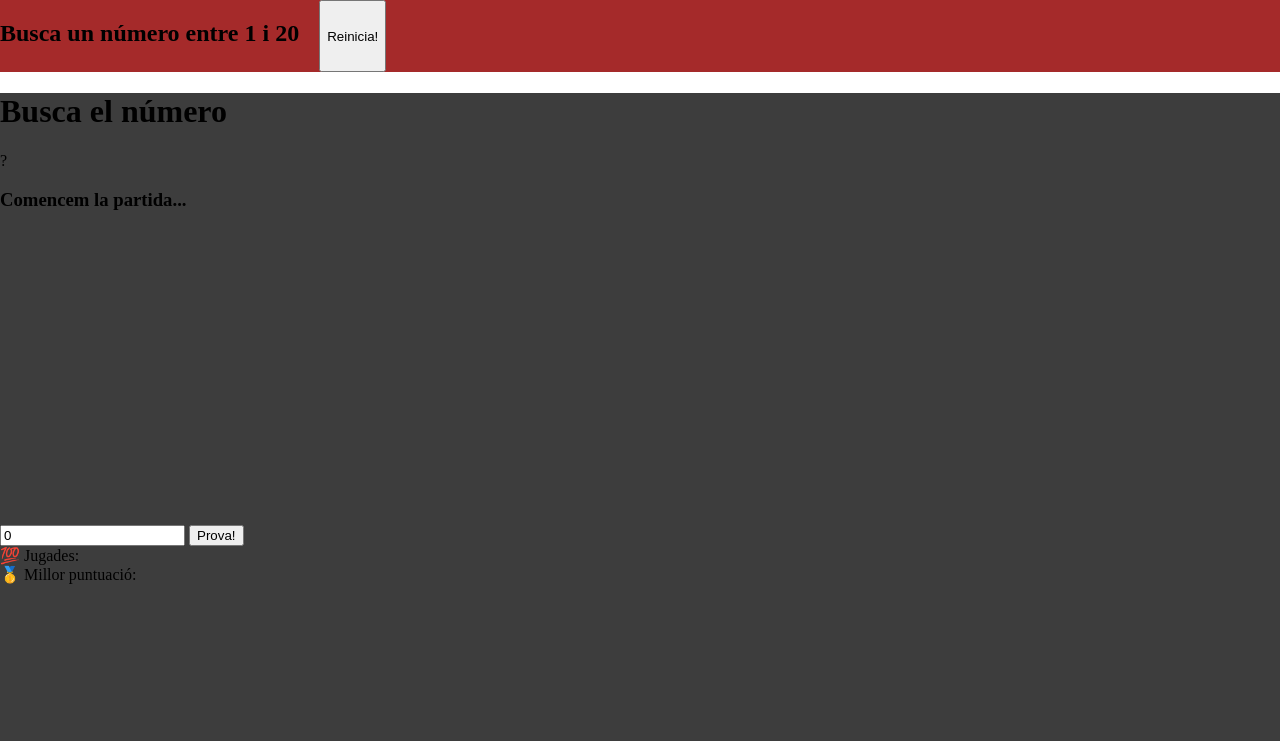
Repository: rdalmau23/M06_01
Page: index.html
These files come from the project's save history. The page is drawn as it stood at one moment and after the next save; the edit follows.
The browser window is 1280 px wide. The pictures show the whole page.

Above is the page before, as saved 2024-10-11 11:20:14.

### index.html
<!DOCTYPE html>
<html lang="en">
<head>
    <meta charset="UTF-8">
    <meta name="viewport" content="width=device-width, initial-scale=1.0">
    <title>Endivina el número</title>
    <link rel="stylesheet" href="style.css">
    <script src="script.js"></script>
</head>
<body>
    <header>
        <h2>Busca un número entre 1 i 20</h2>
        <button id="reset">Reinicia!</button>
    </header>
    <main>
        <h1>Busca el número</h1>
        <div id="display-num">?</div>
        <h3>Comencem la partida...</h3>
    </main>
    <footer>
        <input type="number" value="0">
        <button id="play">Prova!</button>
        <div id="display-jugades">💯 Jugades: </div>
        <div id="display-result">🥇 Millor puntuació: </div>
    </footer>
</body>
</html>

### style.css
body{
    margin: 0;
    padding: 0;
    box-sizing: border-box;
}
body, html{
    height: 100%;
}
header{
    background-color: brown;
    display: flex;
    gap: 20px;
    height: 10%;
}
main{
    background-color: rgb(61, 61, 61);
    height: 60%;
}
footer{
    background-color: rgb(61, 61, 61);
    height: 30%;
}

Loaded but not shown: script.js (no copy from this time; the picture is the same without it)

After the next save:
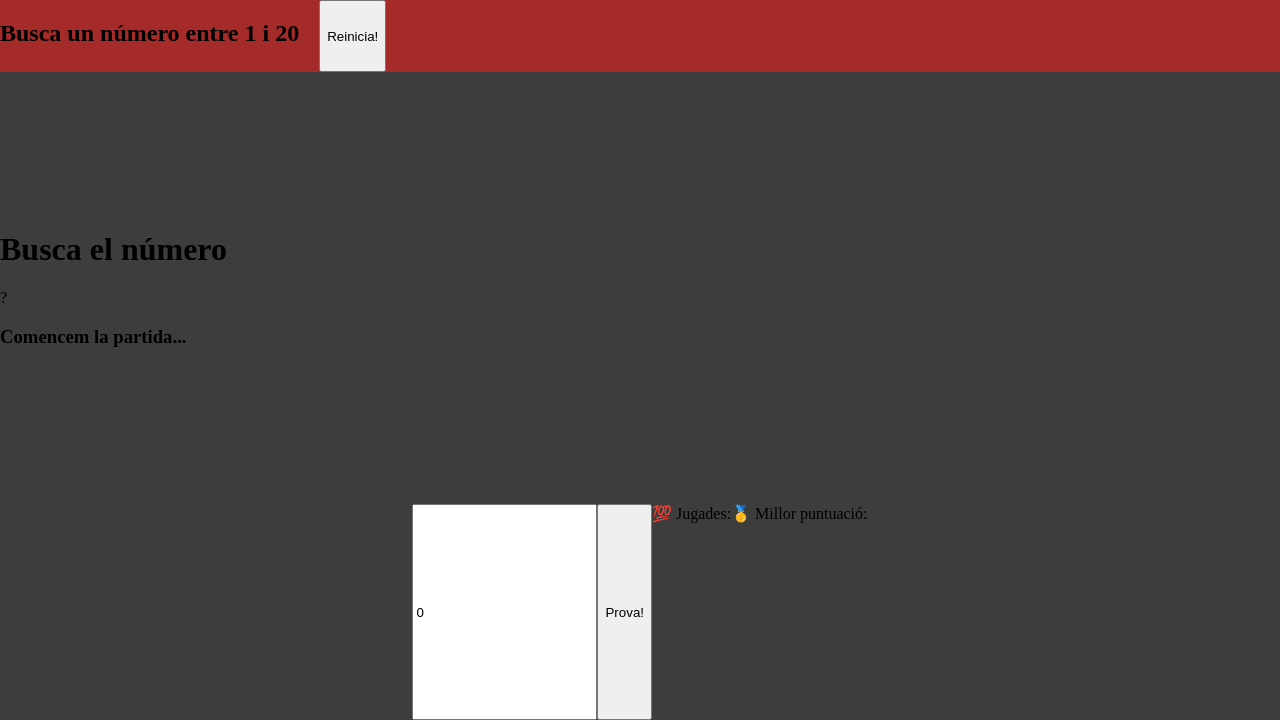
Saved 79 s later.
--- a/style.css
+++ b/style.css
@@ -15,8 +15,16 @@ header{
 main{
     background-color: rgb(61, 61, 61);
     height: 60%;
+    display: flex;
+    flex-direction: column;
+    justify-content: center;
+
+
 }
 footer{
     background-color: rgb(61, 61, 61);
     height: 30%;
+    display: flex;
+
+    justify-content: center;
 }
